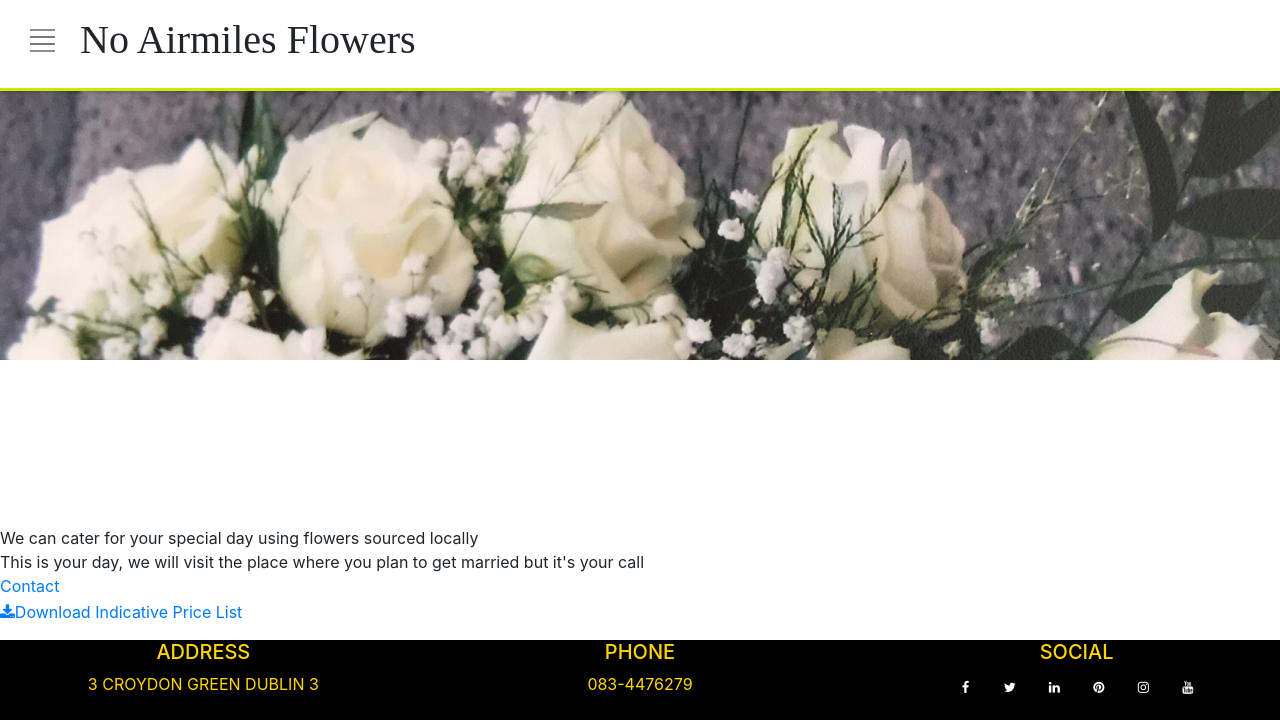
Repository: ConorTC1990/Flowers
Page: weddings.html
The author's editor kept a record of every edit. The page is drawn from the files as they stood at one moment, then again after the next edit.
The browser window is 1280 px wide. The pictures show the whole page.
Some web libraries are served in a nearby version.

Above is the page before.

### weddings.html
<!DOCTYPE html>
<html lang="en">

<head>
    <meta charset="UTF-8">
    <meta name="viewport" content="width=device-width, initial-scale=1.0">
    <meta http-equiv="X-UA-Compatible" content="ie=edge">
    <link rel="stylesheet" href="https://maxcdn.bootstrapcdn.com/bootstrap/4.2.1/css/bootstrap.min.css" type="text/css" />
    <link rel="stylesheet" href="https://maxcdn.bootstrapcdn.com/font-awesome/4.7.0/css/font-awesome.min.css" type="text/css" />
    <link rel="stylesheet" href="https://cdnjs.cloudflare.com/ajax/libs/hover.css/2.1.1/css/hover-min.css" type="text/css" />
    <link rel="stylesheet" href="assets/css/style.css">
    <title>No Airmiles Flowers</title>
</head>
<body>
<div class="collapsible-menu">
            <input type="checkbox" id="menu">
            <label for="menu">No Airmiles Flowers</label>
            <div class="menu-content">
                <ul>
                    <li><a href="index.html">Home</a></li>
                    <li><a href="weddings.html">Weddings</a></li>
                    <li><a href="wreaths.html">Wreaths and Funerals</a></li>
                    <li><a href="contactform.html">Contact</a></li>

                </ul>
            </div>
        </div>


   <div class="WeddingsBackground"></div>


       <div class="videoclass2weddings"></div>



<div class="informationsectionweddings">
	<ul>

		            <li>We can cater for your special day using flowers sourced locally</li>

		            <li>This is your day, we will visit the place where you plan to get married but it's your call</li>
		            <li><a href="contactform.html">Contact</a></li>
		            <li><a href="assets/Indicative_Price_List.pdf" target="_blank" class="hvr-sweep-to-bottom"><i class="fa fa-download" aria-hidden="true"></i><span>Download Indicative Price List</span></a></li>
		        </ul>
		    </div>


<footer class="container-fluid weddingfooter">
        <div id="footer-details" class="row">
            <div class="col-sm-4">
                <h5 class="uppercase general-sub">Address</h5>
                <p class="inline-block">
                    3 Croydon Green
                    Dublin 3
                </p>
            </div>
            <div class="col-sm-4">
                <h5 class="uppercase general-sub">Phone</h5>
                <p class="inline-block">
                    083-4476279


                </p>
            </div>
            <div class="col-sm-4">
                <h5 class="uppercase general-sub">Social</h5>
                <ul class="list-inline social-links">
                    <li class="list-inline-item">
                        <a target="_blank" href="#">
                            <i class="fa fa-facebook" aria-hidden="true"></i>
                            <span class="sr-only">Facebook</span>
                        </a>
                    </li>
                    <li class="list-inline-item">
                        <a target="_blank" href="#">
                            <i class="fa fa-twitter" aria-hidden="true"></i>
                            <span class="sr-only">Twitter</span>
                        </a>
                    </li>
                    <li class="list-inline-item">
                        <a target="_blank" href="#">
                            <i class="fa fa-linkedin" aria-hidden="true"></i>
                            <span class="sr-only">LinkedIn</span>
                        </a>
                    </li>
                    <li class="list-inline-item">
                        <a target="_blank" href="#">
                            <i class="fa fa-pinterest" aria-hidden="true"></i>
                            <span class="sr-only">Pinterest</span>
                        </a>
                    </li>
                    <li class="list-inline-item">
                        <a target="_blank" href="#">
                            <i class="fa fa-instagram" aria-hidden="true"></i>
                            <span class="sr-only">Instagram</span>
                        </a>
                    </li>
                    <li class="list-inline-item">
                        <a target="_blank" href="#">
                            <i class="fa fa-youtube" aria-hidden="true"></i>
                            <span class="sr-only">YouTube</span>
                        </a>
                    </li>
                </ul>
            </div>
        </div>


    </footer>

</body>

</html>

### assets/css/style.css
@import url('https://fonts.googleapis.com/css?family=Roboto:100,200,300,400,500,600,700|Exo:100,200,300,400,500,600,700');
.mission {
	text-transform: uppercase;
	color: green;
}



/* up for deletion*/
*,
*:before,
*:after {
	-webkit-box-sizing: border-box;
	-moz-box-sizing: border-box;
	box-sizing: border-box;
}
* {
	margin: 0;
	padding: 0;
}
* {
	margin: 0;
	padding: 0;
}
*,
 ::after,
 ::before {
	box-sizing: border-box;
}


.title {
	text-align: center;
	color: white;
}
h3 {
	text-transform: uppercase;
	text-align: center;
	color: green;
	background-color: #FF00FF;
	resize: both;
}

/* Buttons*/
.button {
	background-color: #7CFC00;
	text-align: center;
	color: white;
	width: 25%;
	transition-duration: .9s;
	transition-timing-function: ease-in-out;
	z-index: 1;
}
.button:hover {
	background-color: white;
	color: #7CFC00;
}
a:hover {
	background-color: white;
	color: #7CFC00;
}
.sr-only {
	color: white
}
.list-inline-item {
	color: white
}

#myVideo {
	position: center;
	width: 100%;
	min-height: 60%;
	padding-bottom: 0px;
	padding-right: 0px;
	padding-left: 0px;
}
.col-sm-4 {
	text-align: center;
	border-color: #FF00FF;
}

/* Callout box - fixed position at the bottom of the page */
.callout {
	position:fixed;
	top: 100px;
	right: 100px;
	margin-left: 20px;
	max-width: 300px;
	color: white;
	opacity: 0.8;
}
.callout2 {
	position:fixed;
	top: 500px;
	right: 100px;
	margin-left: 20px;
	max-width: 300px;
	color: white;
	opacity: 0.8;
}
.callout3 {
	position:fixed;
	top: 300px;
	right: 100px;
	margin-left: 250px;
	max-width: 300px;
	color: white;
	opacity: 0.8;
}

.container-fluid {
	alignment-baseline: text-after-edge;
	border:none;
}
.sticky {
	position: static;
	top: 0;
}
body {
	background-color: white;
	padding-left: 0px;
	padding-right: 0px;
}
.list-inline-item {
	text-align: right;
	border-color: black;
}
.address {
	text-align: right;
}
head {
	z-index: 1;
	border-collapse: collapse;
	border-color: white;
}

/* -------------- Navbar --------------- */

/* to keep Navbar in place*/


/* Page content */
.content {
	padding: 16px;
}

/* The sticky class is added to the navbar with JS when it reaches its scroll position */
.sticky {
	position: fixed;
	top: 35px;
	width: 100%;
}
.stickytitle {
	position: fixed;
	top: 0px;
	width: 100%;
	height: 35px;
	z-index: 1;
}

/* Add some top padding to the page content to prevent sudden quick movement (as the navigation bar gets a new position at the top of the page (position:fixed and top:0) */
.sticky+.content {
	padding-top: 60px;
}
.general-sub {
	background-color: black;
	border-color: black;
	padding-left: 0px;
	padding-right: 0px;
	padding-top: 0px;
}
.list-inline-item {
	color: white
}
title sticky {
	top: 25px
}
.buttonsticky {
	padding-right: 25px
}

container-fluid sticky {
	padding-bottom: 1000px;
}

/* Footer Styles */
.social-links li a i {
	width: 32px;
	height: 32px;
	padding: 12px 0;
	border-radius: 50%;
	font-size: 13px;
	line-height: 7px;
	text-align: center;
	color: white;
	background: black;
	transition: all 0.35s ease-in-out;
	-moz-transition: all 0.35s ease-in-out;
	-webkit-transition: all 0.35s ease-in-out;
	-o-transition: all 0.35s ease-in-out;
}
.social-links li a i:hover {
	background: #7CFC00;
}
footer {
    text-align: center;
    background-color: black;
    color: white;
    text-shadow: none;
    text-transform: uppercase;
    position: fixed;

    height: 60px;
    max-height: 10%;
    bottom: 0px;
}

/* Wreaths */
.WreathsBackground {
	background-image: url("../images/Wreaths.JPG");
	background-repeat: no-repeat;
	background-size: cover;
	resize: both;
	min-width: 100%;
	min-height: 60%;
	max-width: 100%;
	max-height: 60%;
	padding-top: 35px;
	padding-bottom: 60px;
	padding-right: 0px;
	padding-left: 0px;
	z-index: 0;
}

/* Contact */
.ContactBackground {
	background-image: url("../images/flowers.jpg");
	position: absolute;
	resize: both;
	background-repeat: no-repeat;
	background-size: cover;
	min-width: 100%;
	min-height: 800px;
	padding-top: 35px;
	padding-bottom: 35px;
	padding-right: 0px;
	padding-left: 0px;
	z-index: 0;
}

/* ----------- Contact  form------------------*/
.form-style-1 {
	margin:10px auto;
	max-width: 400px;
	padding: 20px 12px 10px 20px;
	font: 13px "Lucida Sans Unicode",
	"Lucida Grande",
	sans-serif;
}
.form-style-1 li {
	padding: 0;
	display: block;
	list-style: none;
	margin: 10px 0 0 0;
}
.form-style-1 label {
	margin:0 0 3px 0;
	padding:0px;
	display:block;
	font-weight: bold;
}
.form-style-1 input[type=text],
.form-style-1 input[type=date],
.form-style-1 input[type=datetime],
.form-style-1 input[type=number],
.form-style-1 input[type=search],
.form-style-1 input[type=time],
.form-style-1 input[type=url],
.form-style-1 input[type=email],
textarea,
select {
	box-sizing: border-box;
	-webkit-box-sizing: border-box;
	-moz-box-sizing: border-box;
	border:1px solid #BEBEBE;
	padding: 7px;
	margin:0px;
	-webkit-transition: all 0.30s ease-in-out;
	-moz-transition: all 0.30s ease-in-out;
	-ms-transition: all 0.30s ease-in-out;
	-o-transition: all 0.30s ease-in-out;
	outline: none;
}
.form-style-1 input[type=text]:focus,
.form-style-1 input[type=date]:focus,
.form-style-1 input[type=datetime]:focus,
.form-style-1 input[type=number]:focus,
.form-style-1 input[type=search]:focus,
.form-style-1 input[type=time]:focus,
.form-style-1 input[type=url]:focus,
.form-style-1 input[type=email]:focus,
.form-style-1 textarea:focus,
.form-style-1 select:focus {
	-moz-box-shadow: 0 0 8px #88D5E9;
	-webkit-box-shadow: 0 0 8px #88D5E9;
	box-shadow: 0 0 8px #88D5E9;
	border: 1px solid #88D5E9;
}
.form-style-1 .field-divided {
	width: 49%;
}
.form-style-1 .field-long {
	width: 100%;
}
.form-style-1 .field-select {
	width: 100%;
}
.form-style-1 .field-textarea {
	height: 100px;
}
.form-style-1 input[type=submit],
.form-style-1 input[type=button] {
	background: #4B99AD;
	padding: 8px 15px 8px 15px;
	border: none;
	color: #fff;
}
.form-style-1 input[type=submit]:hover,
.form-style-1 input[type=button]:hover {
	background: #4691A4;
	box-shadow:none;
	-moz-box-shadow:none;
	-webkit-box-shadow:none;
}
.form-style-1 .required {
	color:red;
}

/* ----------- Contact  form------------------*/

/* ----------- Weddings Background------------------*/
.WeddingsBackground {
	background-image: url("../images/Weddings.PNG");
	position: fixed;
	resize: both;
	padding-top: 35px;
	padding-bottom: 35px;
	padding-right: 0px;
	padding-left: 0px;
	z-index: -1;
	max-width : 100%;
	max-height: 50%;
	min-width: 100%;
	min-height: 50%;
}

/* ----------- Weddings Background------------------*/

/* ----------- Menu Bar------------------*/
.menu-content {
	font-family: 'Oswald',
	sans-serif;
	padding: 0 0 0 50px;
}
.collapsible-menu {
	background-color: rgb(255,
	255,
	255);
	padding: 0px 30px;
	border-bottom: 3px solid #CDE700;
	box-shadow: 1px 2px 3px rgba(0,
	0,
	0,
	0.2);
	opacity: 1;
}
.collapsible-menu ul {
	list-style-type: none;
	padding: 0;
}
.collapsible-menu a {
	display:block;
	padding: 10px;
	text-decoration: none;
}
.collapsible-menu label {
	font-family: 'Sedgwick Ave Display',
	cursive;
	font-size: 40px;
	display: block;
	cursor: pointer;
	background: url(../images/menu.png) no-repeat left center;
	padding: 10px 0 10px 50px;
}
input#menu {
	display: none;
}
input:checked+label {
	background-image: url(../images/close.png);
}
.menu-content {
	max-height: 0;
	overflow: hidden;
	font-family: 'Oswald',
	sans-serif;
	padding: 0 0 0 50px;
}

/* Toggle Effect */
input:checked~label {
	background-image: url(../images/close.png);
}
input:checked~.menu-content {
	max-height: 100%;
}

/* ----------- Menu Bar------------------*/

/* ----------- Consider for Deletion------------------*/

/* test */
* {
	margin: 0;
	padding: 0;
}

/* Icon 0 */
#nav-icon0 {
	width: 30px;
	height: 35px;
	position: relative;
	margin: 50px auto;
	-webkit-transform: rotate(0deg);
	-moz-transform: rotate(0deg);
	-o-transform: rotate(0deg);
	transform: rotate(0deg);
	-webkit-transition: .5s ease-in-out;
	-moz-transition: .5s ease-in-out;
	-o-transition: .5s ease-in-out;
	transition: .5s ease-in-out;
	cursor: pointer;
}

/* Icon 2 */
#nav-icon0 {}
#nav-icon0 span {
	display: block;
	position: absolute;
	height: 2px;
	width: 50%;
	background: #000;
	opacity: 1;
	-webkit-transform: rotate(0deg);
	-moz-transform: rotate(0deg);
	-o-transform: rotate(0deg);
	transform: rotate(0deg);
	-webkit-transition: .25s ease-in-out;
	-moz-transition: .25s ease-in-out;
	-o-transition: .25s ease-in-out;
	transition: .25s ease-in-out;
}
#nav-icon0 span:nth-child(even) {
	left: 50%;
	border-radius: 0 9px 9px 0;
}
#nav-icon0 span:nth-child(odd) {
	left:0px;
	border-radius: 9px 0 0 9px;
}
#nav-icon0 span:nth-child(1),
#nav-icon0 span:nth-child(2) {
	top: 0px;
}
#nav-icon0 span:nth-child(3),
#nav-icon0 span:nth-child(4) {
	top: 10px;
}
#nav-icon0 span:nth-child(5),
#nav-icon0 span:nth-child(6) {
	top: 20px;
}
#nav-icon0.open span:nth-child(1),
#nav-icon0.open span:nth-child(6) {
	-webkit-transform: rotate(45deg);
	-moz-transform: rotate(45deg);
	-o-transform: rotate(45deg);
	transform: rotate(45deg);
}
#nav-icon0.open span:nth-child(2),
#nav-icon0.open span:nth-child(5) {
	-webkit-transform: rotate(-45deg);
	-moz-transform: rotate(-45deg);
	-o-transform: rotate(-45deg);
	transform: rotate(-45deg);
}
#nav-icon0.open span:nth-child(1) {
	left: 0px;
	top: 9px;
}
#nav-icon0.open span:nth-child(2) {
	left: calc(50% - 5px);
	top: 9px;
}
#nav-icon0.open span:nth-child(3) {
	left: -50%;
	opacity: 0;
}
#nav-icon0.open span:nth-child(4) {
	left: 100%;
	opacity: 0;
}
#nav-icon0.open span:nth-child(5) {
	left: 0px;
	top: 19px;
}
#nav-icon0.open span:nth-child(6) {
	left: calc(50% - 5px);
	top: 19px;
}

/* ----------- Consider for Deletion------------------*/
* {
	margin: 0;
	padding: 0;
}

/* Icon 1 */
#nav-icon1,
#nav-icon2,
#nav-icon3,
#nav-icon4 {
	width: 60px;
	height: 45px;
	position: relative;
	margin: 50px auto;
	-webkit-transform: rotate(0deg);
	-moz-transform: rotate(0deg);
	-o-transform: rotate(0deg);
	transform: rotate(0deg);
	-webkit-transition: .5s ease-in-out;
	-moz-transition: .5s ease-in-out;
	-o-transition: .5s ease-in-out;
	transition: .5s ease-in-out;
	cursor: pointer;
}
#nav-icon1 span,
#nav-icon3 span,
#nav-icon4 span {
	display: block;
	position: absolute;
	height: 9px;
	width: 100%;
	background: #d3531a;
	border-radius: 9px;
	opacity: 1;
	left: 0;
	-webkit-transform: rotate(0deg);
	-moz-transform: rotate(0deg);
	-o-transform: rotate(0deg);
	transform: rotate(0deg);
	-webkit-transition: .25s ease-in-out;
	-moz-transition: .25s ease-in-out;
	-o-transition: .25s ease-in-out;
	transition: .25s ease-in-out;
}
#nav-icon1 span:nth-child(1) {
	top: 0px;
}
#nav-icon1 span:nth-child(2) {
	top: 18px;
}
#nav-icon1 span:nth-child(3) {
	top: 36px;
}
#nav-icon1.open span:nth-child(1) {
	top: 18px;
	-webkit-transform: rotate(135deg);
	-moz-transform: rotate(135deg);
	-o-transform: rotate(135deg);
	transform: rotate(135deg);
}
#nav-icon1.open span:nth-child(2) {
	opacity: 0;
	left: -60px;
}
#nav-icon1.open span:nth-child(3) {
	top: 18px;
	-webkit-transform: rotate(-135deg);
	-moz-transform: rotate(-135deg);
	-o-transform: rotate(-135deg);
	transform: rotate(-135deg);
}

/* Icon 2 */
#nav-icon2 {}
#nav-icon2 span {
	display: block;
	position: absolute;
	height: 9px;
	width: 50%;
	background: #d3531a;
	opacity: 1;
	-webkit-transform: rotate(0deg);
	-moz-transform: rotate(0deg);
	-o-transform: rotate(0deg);
	transform: rotate(0deg);
	-webkit-transition: .25s ease-in-out;
	-moz-transition: .25s ease-in-out;
	-o-transition: .25s ease-in-out;
	transition: .25s ease-in-out;
}
#nav-icon2 span:nth-child(even) {
	left: 50%;
	border-radius: 0 9px 9px 0;
}
#nav-icon2 span:nth-child(odd) {
	left:0px;
	border-radius: 9px 0 0 9px;
}
#nav-icon2 span:nth-child(1),
#nav-icon2 span:nth-child(2) {
	top: 0px;
}
#nav-icon2 span:nth-child(3),
#nav-icon2 span:nth-child(4) {
	top: 18px;
}
#nav-icon2 span:nth-child(5),
#nav-icon2 span:nth-child(6) {
	top: 36px;
}
#nav-icon2.open span:nth-child(1),
#nav-icon2.open span:nth-child(6) {
	-webkit-transform: rotate(45deg);
	-moz-transform: rotate(45deg);
	-o-transform: rotate(45deg);
	transform: rotate(45deg);
}
#nav-icon2.open span:nth-child(2),
#nav-icon2.open span:nth-child(5) {
	-webkit-transform: rotate(-45deg);
	-moz-transform: rotate(-45deg);
	-o-transform: rotate(-45deg);
	transform: rotate(-45deg);
}
#nav-icon2.open span:nth-child(1) {
	left: 5px;
	top: 7px;
}
#nav-icon2.open span:nth-child(2) {
	left: calc(50% - 5px);
	top: 7px;
}
#nav-icon2.open span:nth-child(3) {
	left: -50%;
	opacity: 0;
}
#nav-icon2.open span:nth-child(4) {
	left: 100%;
	opacity: 0;
}
#nav-icon2.open span:nth-child(5) {
	left: 5px;
	top: 29px;
}
#nav-icon2.open span:nth-child(6) {
	left: calc(50% - 5px);
	top: 29px;
}

/* Icon 3 */
#nav-icon3 span:nth-child(1) {
	top: 0px;
}
#nav-icon3 span:nth-child(2),
#nav-icon3 span:nth-child(3) {
	top: 18px;
}
#nav-icon3 span:nth-child(4) {
	top: 36px;
}
#nav-icon3.open span:nth-child(1) {
	top: 18px;
	width: 0%;
	left: 50%;
}
#nav-icon3.open span:nth-child(2) {
	-webkit-transform: rotate(45deg);
	-moz-transform: rotate(45deg);
	-o-transform: rotate(45deg);
	transform: rotate(45deg);
}
#nav-icon3.open span:nth-child(3) {
	-webkit-transform: rotate(-45deg);
	-moz-transform: rotate(-45deg);
	-o-transform: rotate(-45deg);
	transform: rotate(-45deg);
}
#nav-icon3.open span:nth-child(4) {
	top: 18px;
	width: 0%;
	left: 50%;
}

/* Icon 4 */
#nav-icon4 {}
#nav-icon4 span:nth-child(1) {
	top: 0px;
	-webkit-transform-origin: left center;
	-moz-transform-origin: left center;
	-o-transform-origin: left center;
	transform-origin: left center;
}
#nav-icon4 span:nth-child(2) {
	top: 18px;
	-webkit-transform-origin: left center;
	-moz-transform-origin: left center;
	-o-transform-origin: left center;
	transform-origin: left center;
}
#nav-icon4 span:nth-child(3) {
	top: 36px;
	-webkit-transform-origin: left center;
	-moz-transform-origin: left center;
	-o-transform-origin: left center;
	transform-origin: left center;
}
#nav-icon4.open span:nth-child(1) {
	-webkit-transform: rotate(45deg);
	-moz-transform: rotate(45deg);
	-o-transform: rotate(45deg);
	transform: rotate(45deg);
	top: -3px;
	left: 8px;
}
#nav-icon4.open span:nth-child(2) {
	width: 0%;
	opacity: 0;
}
#nav-icon4.open span:nth-child(3) {
	-webkit-transform: rotate(-45deg);
	-moz-transform: rotate(-45deg);
	-o-transform: rotate(-45deg);
	transform: rotate(-45deg);
	top: 39px;
	left: 8px;
}

/* ----------- Consider for Deletion------------------*/
.container {
	padding-right: 0px;
	padding-left: 0px;
	margin-right: auto;
	margin-left: auto;
}
.videoclass {
	min-height: 100%;
	min-width: 100%;
	padding-bottom: 60px;
}
@media (max-width: 40em) {
	.videoclass {
		display: none;
	}
}
@media (max-width: 40em) {
	.WreathsBackground {
		display: none;
	}
}
@media (min-width: 40em) {
	.videoclass2paddingweddings {
		display: none;
	}
}
@media (min-width: 40em) {
	.videoclass2 {
		display: none;
	}
}
@media (min-width: 40em) {
	.videoclass2wreaths {
		display: none;
	}
}
@media (max-width: 40em) {
	.callout {
		display: none;
	}
}
@media (max-width: 70em) {
	.callout2 {
		display: none;
	}
}
@media (max-width: 40em) {
	.WeddingsBackground {
		display: none;
	}
}
@media (max-width: 40em) {
	.callout3 {
		display: none;
	}
}
.videoclass2 {
	background-image:url("../images/flowers.jpg");
	width: 100%;
	height: 100%;
	min-height: 625px;
	opacity: 1;
	text-size: 30px;
	text-transform: uppercase;
	color: white;
	list-style: circle;

	text-align: center;
}
.videoclass2weddings {
	background-image:url("../images/wedding flowers.jpg");
	width: 100%;
	height: 100%;
	background-repeat: no-repeat;
	background-size: cover;
	min-height: 280px;
	opacity: 1;
	text-size: 30px;
	text-transform: uppercase;
	color: black;
	list-style: circle;

	text-align: center;
	padding-top: 30px;
	z-index: 2;
}
.videoclass2weddings {
	padding-top: 60px
}
@media (min-width: 40em) {
	.videoclass2 {
		display: none;
	}



}
.videoclass2wreaths {
	background-image:url("../images/Wreaths.1.JPG");
	width: 100%;
	height: 100%;
	min-height: 675px;
	opacity: 1;
	text-size: 30px;
	text-transform: uppercase;
	color: white;
	list-style: circle;
	text-align: center;
	padding-top: 35px;
}
.videoclass2weddings {
	padding-top: 0px
}
@media (min-width: 40em) {
	.videoclass2weddings {
		display: none;
	}
}
@media (max-width: 40em) {
	h4 {
		display: none;
	}
}
.container-fluid {
	width: 100%;
	padding-right: 0px;
	padding-left: 0px;
	margin-right: auto;
	margin-left: auto;
}
.wreathfooter {
    background: fixed;
    text-align: center;
    background-color: black;
    color: gold;
    text-shadow: none;
    text-transform: uppercase;
    position: relative;
    height: 80px;
    max-height: 20%;
    bottom: 0px;
}
.general-sub {
	background-color: black;
	border-color: black;
	padding-left: 0px;
	padding-right: 0px;
	padding-top: 0px;
}
.col-sm-4 {
	text-align: center;
	/* border-color: #FF00FF; */
	background-color: black;
}
.list-inline-item {
	color: black;
}
.list-inline-item {
	text-align: right;
	border-color: black;
}


body{
  display:flex;
  flex-direction:column;
}

footer{
  margin-top:auto;
}

.informationsection{position: relative;
	    font-style: italic;
}


.weddingfooter {
    background: fixed;
    text-align: center;
    background-color: black;
    color: gold;
    text-shadow: none;
    text-transform: uppercase;
    position: fixed;
    height: 80px;
    max-height: 20%;
    bottom: 0px;
}



.contactfooter {

    background: fixed;
    text-align: center;
    background-color: black;
    color: gold;
    text-shadow: none;
    text-transform: uppercase;
    position: fixed;
    height: 80px;
    max-height: 20%;
    bottom: 0px;
    position: fixed;
}


@media (max-width: 40em) {
	.contactfooter {
		display: none;
	}
}
	.collapsible-menu {
    background-color: rgb(255, 255, 255);
    padding: 0px 30px;
    border-bottom: 3px solid #CDE700;
    box-shadow: 1px 2px 3px rgba(0, 0, 0, 0.2);
    opacity: 1;
    z-index: 2;
}

.ContactBackground {
    background-image: url(../images/flowers.jpg);
    position: absolute;
    resize: both;
    background-repeat: no-repeat;
    background-size: cover;
    min-width: 100%;
    min-height: 800px;
    padding-top: 120px;
    padding-bottom: 35px;
    padding-right: 0px;
    padding-left: 0px;
    z-index: 0;
}
.infowreaths {

    padding-top: 35px;
    padding-right: 100px;
    z-index: 1;
}

@media (max-width: 40em) {
	.infowreaths {
		display: none;
	}
}

.collapsible-menu {
    background-color: rgb(255, 255, 255);
    padding: 0px 30px;
    border-bottom: 3px solid #CDE700;
    box-shadow: 1px 2px 3px rgba(0, 0, 0, 0.2);
    opacity: 1;
    z-index: 1;
}

.contactfooter {
    background: fixed;
    text-align: center;
    background-color: black;
    color: gold;
    text-shadow: none;
    text-transform: uppercase;
    height: 75px;
    max-height: 20%;
    bottom: 0px;
    position: fixed;
    z-index: 0;
}





.infowreaths {
    padding-top: 35px;
    padding-right: 35px;
    z-index: 1;
}

.WreathsBackground {
    background-image: url(../images/Wreaths.JPG);
    background-repeat: no-repeat;
    background-size: cover;
    resize: both;
    min-width: 100%;
    min-height: 800px;
    max-width: 100%;
    max-height: 60%;
    padding-top: 35px;
    padding-bottom: 60px;
    padding-right: 0px;
    padding-left: 0px;
    z-index: 0;
}





.informationsectionweddings {
    position: fixed;
    bottom: 80px;
}

/* ----------- Makes header writing smaller on screen below 40em------------------*/

@media (max-width: 40em) {
.collapsible-menu label {
    font-family: 'Sedgwick Ave Display', cursive;
    font-size: 30px;
    display: block;
    cursor: pointer;
    background: url(../images/menu.png) no-repeat left center;
    padding: 10px 0 10px 50px;
}}

@media (min-width: 40em) {
.wreathfooter {
    position: static;
}}


footer {
    text-align: center;
    background-color: black;
    color: white;
    text-shadow: none;
    text-transform: uppercase;

    position: fixed;
    height: 60px;
    max-height: 10%;
    bottom: 0px;
}

@media (max-width: 40em) {
.weddingfooter{display: none

}}

After the next edit:
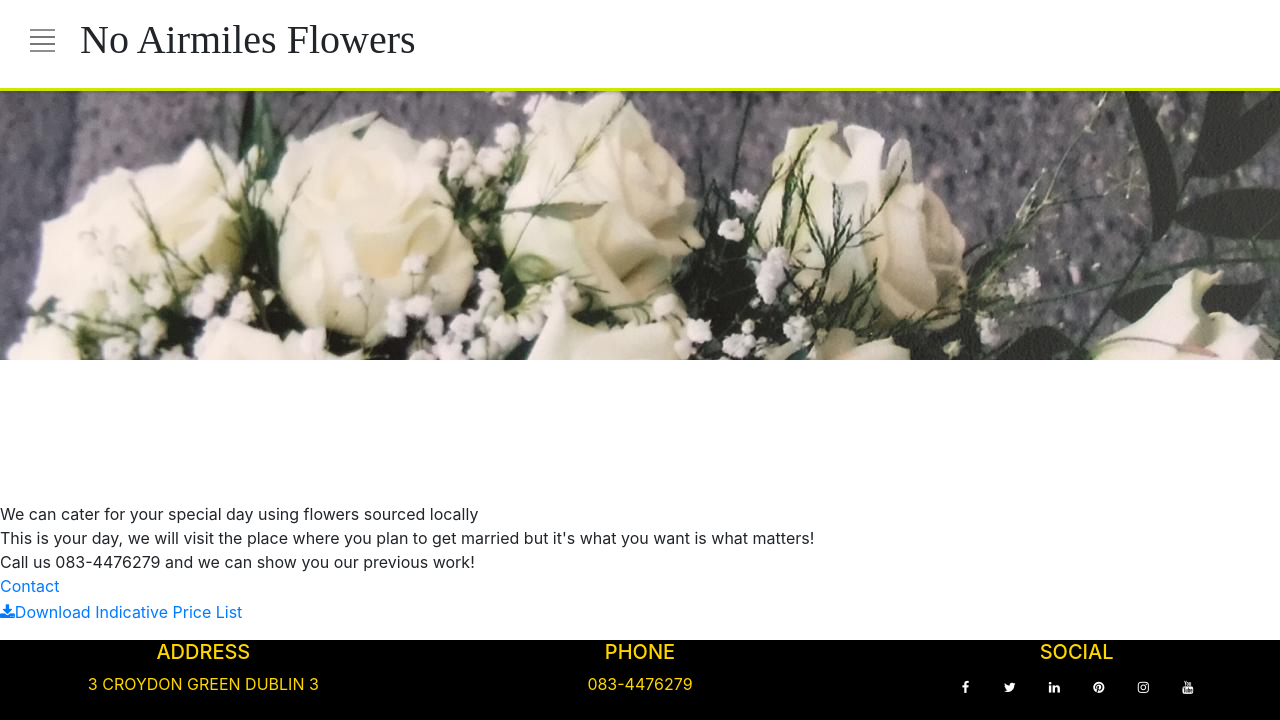
The edit:
--- a/weddings.html
+++ b/weddings.html
@@ -39,7 +39,8 @@
 
 		            <li>We can cater for your special day using flowers sourced locally</li>
 
-		            <li>This is your day, we will visit the place where you plan to get married but it's your call</li>
+		            <li>This is your day, we will visit the place where you plan to get married but it's what you want is what matters!</li>
+		            <li>Call us 083-4476279 and we can show you our previous work!</li>
 		            <li><a href="contactform.html">Contact</a></li>
 		            <li><a href="assets/Indicative_Price_List.pdf" target="_blank" class="hvr-sweep-to-bottom"><i class="fa fa-download" aria-hidden="true"></i><span>Download Indicative Price List</span></a></li>
 		        </ul>
